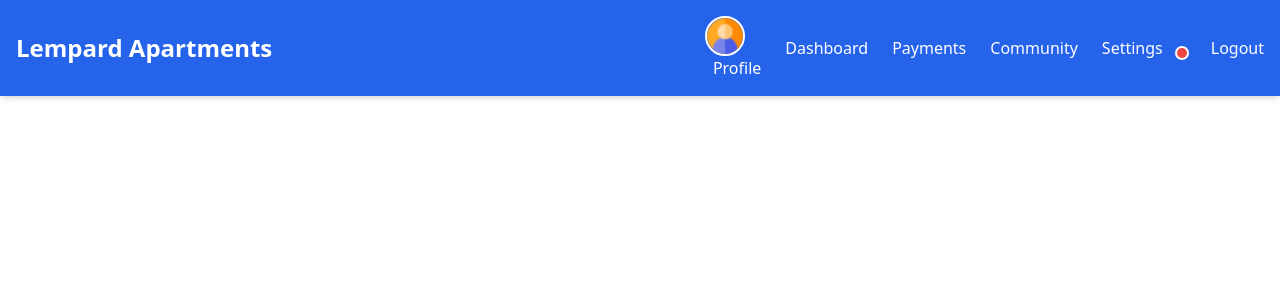
Repository: makanda596/system
Page: /home (app in client/)
The author's editor kept a copy of each file at every save. The page is drawn from the files as they stood at one save, then again after the next save.
The browser window is 1280 px wide. The pictures show the whole page.
The project was rebuilt for these pictures with package versions that can differ from the ones it lists, and the page was loaded fresh each time. Also part of the build but not shown: client/src/SignUpForm.jsx, client/src/LoginForm.jsx. Imported but missing from the stored project, and not drawn on this page: client/src/reportWebVitals.

Above is the page before, as saved 2024-12-03 08:32:27.

### client/src/App.js
import React from 'react';
import { BrowserRouter as Router, Route, Routes } from 'react-router-dom';
import Home from './Home.jsx'
import SignUpForm from './SignUpForm.jsx'
import LoginForm from './LoginForm.jsx'
function App() {
  return (
    <div>
      <Router>
        <Routes>
          <Route path="/signup" element={<SignUpForm />} />
          <Route path='/' element={<LoginForm />} />
          <Route path='/home' element={<Home />} />
        </Routes>
      </Router>
    </div>
  );
}

export default App;

### client/src/Home.jsx
import React from 'react';
import Navbar from '../src/componets/Navbar'
function Home() {
    return (
        <div>
            <Navbar />
        </div>
    );
}

export default Home;

### client/src/componets/Navbar.jsx
import React from 'react';
import { Link } from 'react-router-dom';
import avatar from '../assets/avatar.png'
function Navbar() {
    const handleLogout = () => {
        // Logic for logging out (e.g., clearing session data, tokens, etc.)
        window.location.href = '/login'; // Redirect to the login page after logout
    };

    return (
        <nav className="bg-blue-600 shadow-md">
            <div className="max-w-7xl mx-auto px-4 py-4 flex justify-between items-center">
                {/* Logo or Apartment Name */}
                <h1 className="text-white text-2xl font-bold">Lempard Apartments</h1>

                {/* Navbar links */}
                <div className="flex space-x-6 items-center text-white">
                    {/* Profile Picture and Profile Link */}
                    <div className="relative">
                        <img
                            src={avatar} // Replace with actual profile picture URL
                            alt=""
                            className="w-10 h-10 rounded-full border-2 border-white"
                        />
                        <Link to="/profile" className="ml-2 hover:text-blue-300">Profile</Link>
                    </div>

                    {/* Dashboard Link */}
                    <Link to="/dashboard" className="hover:text-blue-300">Dashboard</Link>

                    {/* Payments Link */}
                    <Link to="/payments" className="hover:text-blue-300">Payments</Link>

                    {/* Community Link */}
                    <Link to="/community" className="hover:text-blue-300">Community</Link>

                    {/* Settings Link */}
                    <Link to="/settings" className="hover:text-blue-300">Settings</Link>

                    {/* Alert Icon (Bell) */}
                    <div className="relative">
                        <span className="absolute top-0 right-0 inline-block w-2.5 h-2.5 bg-red-500 rounded-full ring-2 ring-white"></span>
                        <i className="fas fa-bell text-white text-xl"></i>
                    </div>

                    {/* Logout Button */}
                    <button onClick={handleLogout} className="hover:text-blue-300">Logout</button>
                </div>
            </div>
        </nav>
    );
}

export default Navbar;

Loaded but not shown: client/src/index.js (common file); client/src/index.css (common file); client/tailwind.config.js (common file)

After the next save:
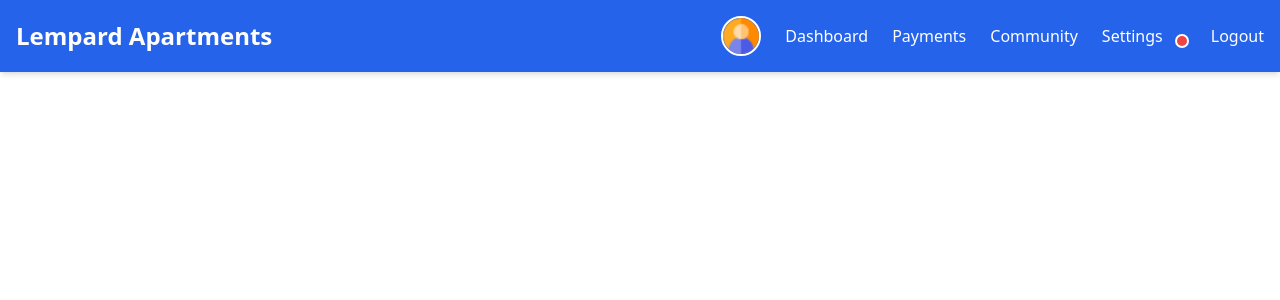
Saved 32 s later.
--- a/client/src/componets/Navbar.jsx
+++ b/client/src/componets/Navbar.jsx
@@ -22,7 +22,6 @@ function Navbar() {
                             alt=""
                             className="w-10 h-10 rounded-full border-2 border-white"
                         />
-                        <Link to="/profile" className="ml-2 hover:text-blue-300">Profile</Link>
                     </div>
 
                     {/* Dashboard Link */}
